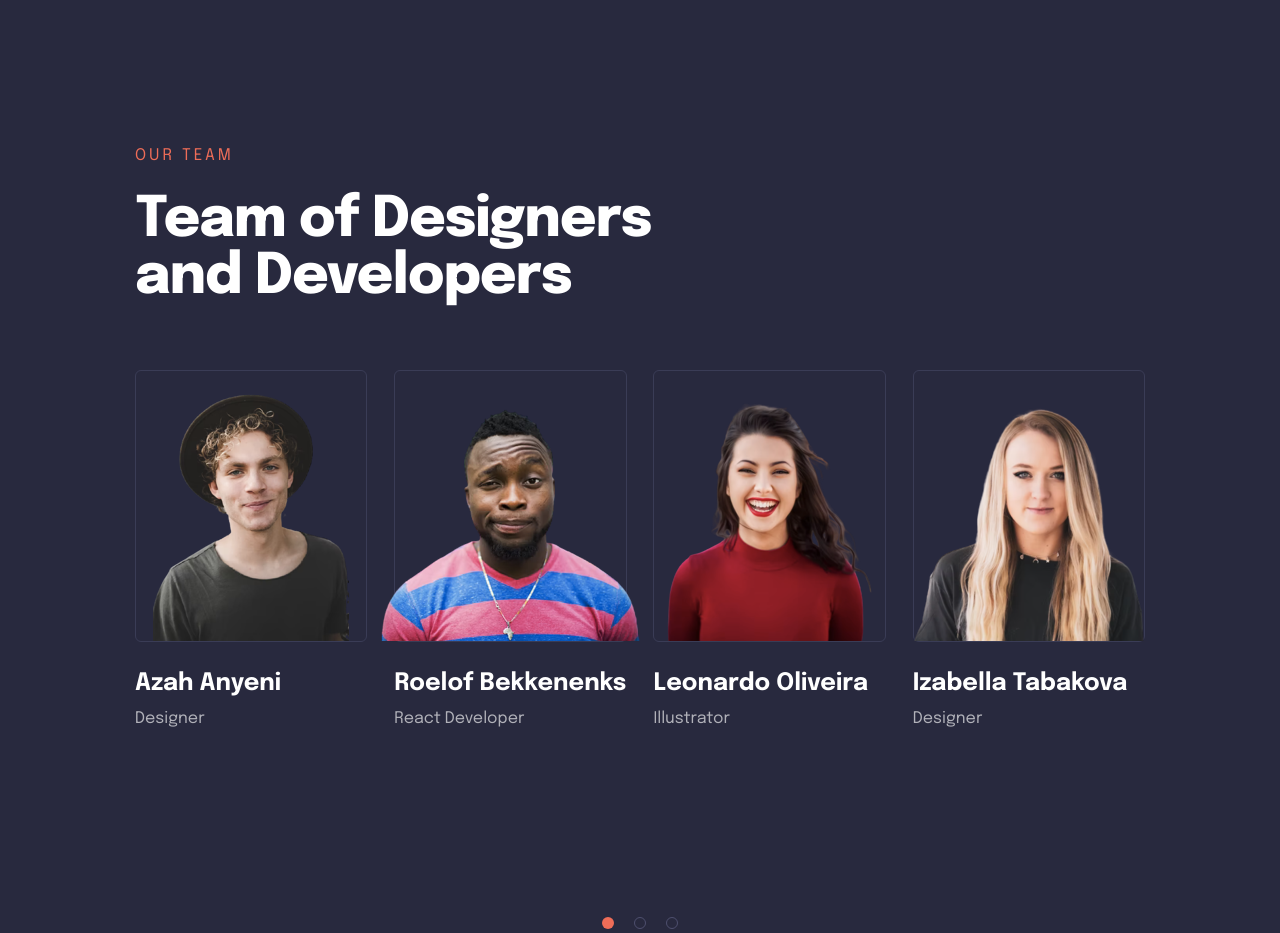
Repository: simralgasimov/ourteam
Page: index.html
These files come from the project's save history. The page is drawn as it stood at one moment and after the next save; the edit follows.
The browser window is 1280 px wide. The pictures show the whole page.

Above is the page before, as saved 2023-09-06 13:13:29.

### index.html
<!DOCTYPE html>
<html lang="en">
  <head>
    <meta charset="UTF-8" />
    <meta name="viewport" content="width=device-width, initial-scale=1.0" />
    <title>Document</title>
    <link rel="stylesheet" href="index.css" />
  </head>
  <body>
    <div class="container">
      <h1>Our Team</h1>
      <div class="collaj-box">
        <h2>Team of Designers and Developers</h2>
<div class="image-box">
  <div class="circle"></div>
  <div class="circle"></div>
</div>
      </div>
      <div class="container-1">
        <div class="box">
          <div>
            <img src="./img/Bitmap.png" alt="" />
          </div>

          <h3>Azah Anyeni</h3>
          <p>Designer</p>
        </div>
        <div class="box">
          <div>
            <img src="./img/Bitmap (1).png" alt="" />

          </div>
          <h3>Roelof Bekkenenks</h3>
          <p>React Developer</p>
        </div>

        <div class="box">
          <div>
            <img src="./img/Bitmap (2).png" alt="" />

          </div>
          <h3>Leonardo Oliveira</h3>
          <p>Illustrator</p>
        </div>

        <div class="box">
          <div>
            <img src="./img/Bitmap (3).png" alt="" />

          </div>
          <h3>Izabella Tabakova</h3>
          <p>Designer</p>
        </div>
      </div>
    </div>

    <div class="container-2">
      <div class="button">
        <img src="./img/pins.svg" alt="" />
      </div>
    </div>
  </body>
</html>

### index.css
@import url("https://fonts.googleapis.com/css2?family=Epilogue:wght@400;700;800;900&display=swap");

* {
  margin: 0;
  padding: 0;
  box-sizing: border-box;
}

.container {
  padding: 140px 135px 180px 135px;
  background: #28293e;
}

.container h1 {
  color: var(--Text_Light_Accent, #ef6d58);
  font-feature-settings: "clig" off, "liga" off;
  font-family: Epilogue;
  font-size: 16px;
  font-style: normal;
  font-weight: 400;
  line-height: 32px;
  letter-spacing: 3px;
  text-transform: uppercase;
}
.container .collaj-box{
  display: flex;
  justify-content: space-between;
}
.container .collaj-box .image-box{
  display: flex;
}
.container h2 {
  margin-top: 20px;
  width: 532px;
  color: var(--Text_Light, #fff);
  font-feature-settings: "clig" off, "liga" off;
  font-family: Epilogue;
  font-size: 56px;
  font-style: normal;
  font-weight: 800;
  letter-spacing: -1px;
}

.container .container-1 {
  margin-top: 64px;
  display: flex;
  justify-content: space-between;

}
.container-1 .box {
  /* padding: 24px 37px 1px 37px; */
  width: 23%;
}
.container .container-1 .box div{
  height: 272px;
  border-radius: 6px;
  border: 1px solid #3a3c56;
  display: flex;
  justify-content: center;
  align-items: flex-end;
}
.container-1 .box:first-child img {
  width: 196px;
  height: 247px;
}

.container-1 .box:nth-child(2) img {
  width: 259px;
  height: 232px;
}
.container-1 .box:nth-child(3) img {
  width: 205px;
  height: 238px;
}
.container-1 .box:last-child img {
  width: 230px;
  height: 233px;
}
.container-1 .box h3 {
  justify-content: center;
  margin-top: 26px;
  color: var(--Text_Light, #fff);
  font-feature-settings: "clig" off, "liga" off;
  font-family: Epilogue;
  font-size: 24px;
  font-style: normal;
  font-weight: 700;
  line-height: 32px;
}

.container .box p {
  margin-top: 3px;
  color: var(--Text_Light_Gray, rgba(255, 255, 255, 0.64));
  font-feature-settings: "clig" off, "liga" off;
  font-family: Epilogue;
  font-size: 16px;
  font-style: normal;
  font-weight: 400;
  line-height: 32px;
}

.container .container-1 .box h3:nth-child(2) {
  width: 233px;
}


.container-2 {
  background: #28293e;
}

.container-2 .button {
  width: 76px;
  margin: auto;
}

After the next save:
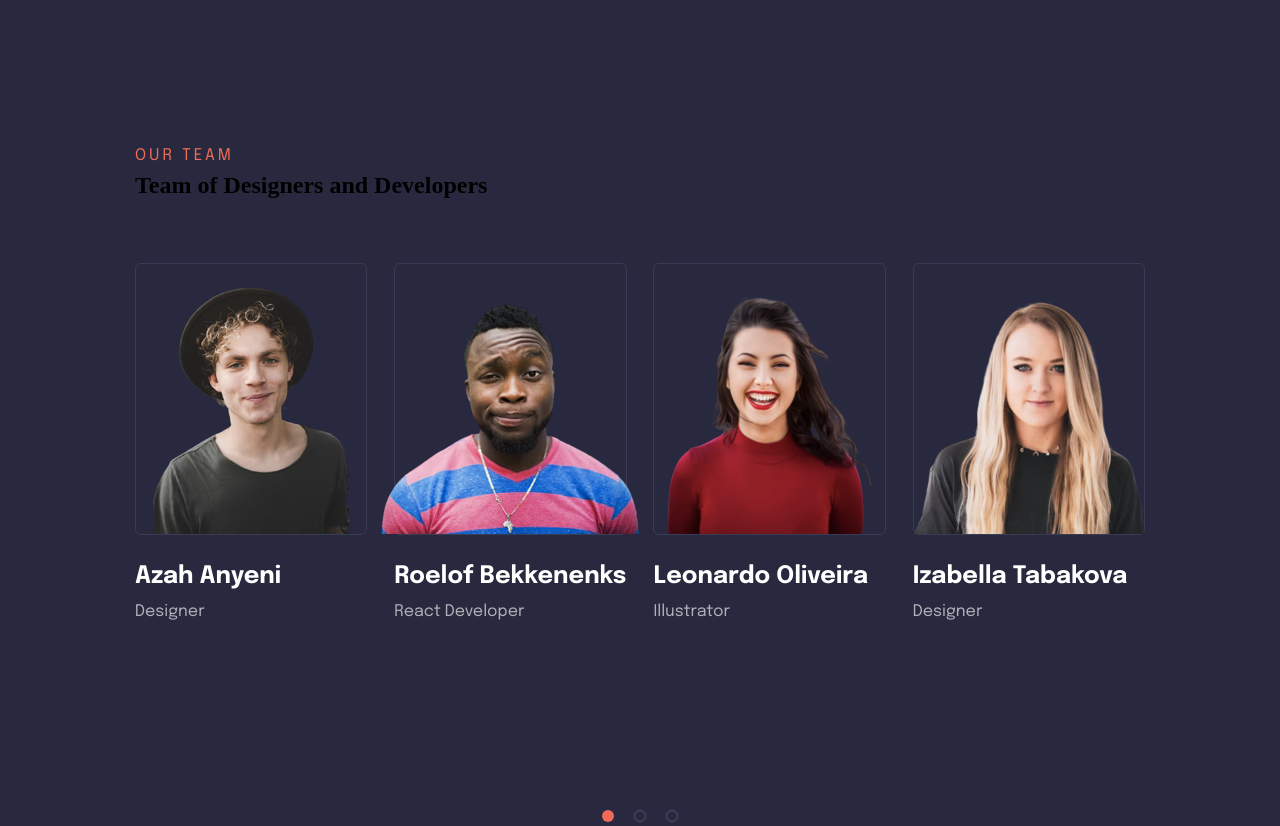
Saved 10 s later.
--- a/index.css
+++ b/index.css
@@ -29,6 +29,7 @@
 .container .collaj-box .image-box{
   display: flex;
 }
+.container .collaj-box .
 .container h2 {
   margin-top: 20px;
   width: 532px;

After the save that followed:
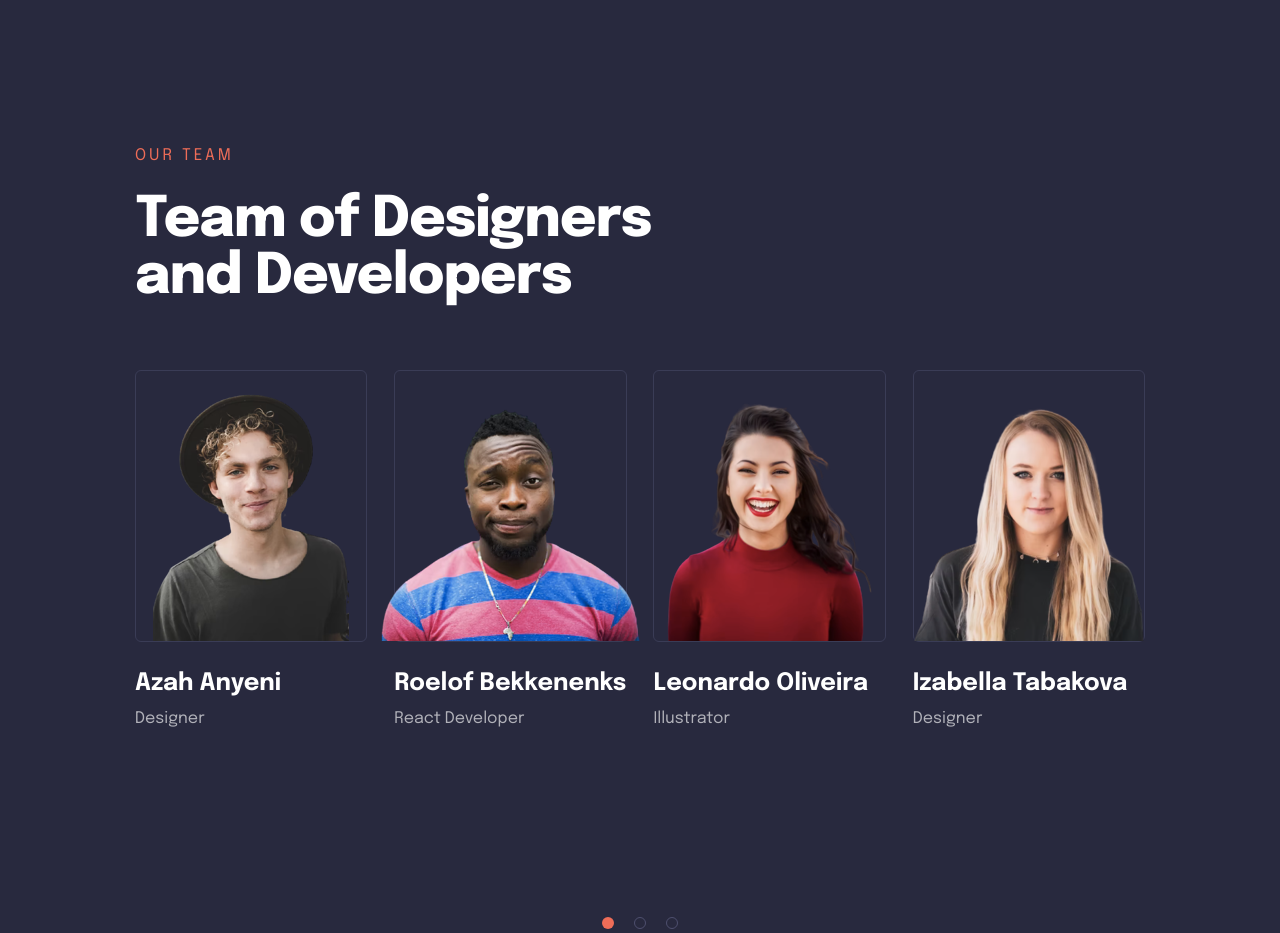
Saved 5 s later.
--- a/index.css
+++ b/index.css
@@ -29,7 +29,9 @@
 .container .collaj-box .image-box{
   display: flex;
 }
-.container .collaj-box .
+.container .collaj-box .image-box .circle{
+
+}
 .container h2 {
   margin-top: 20px;
   width: 532px;
